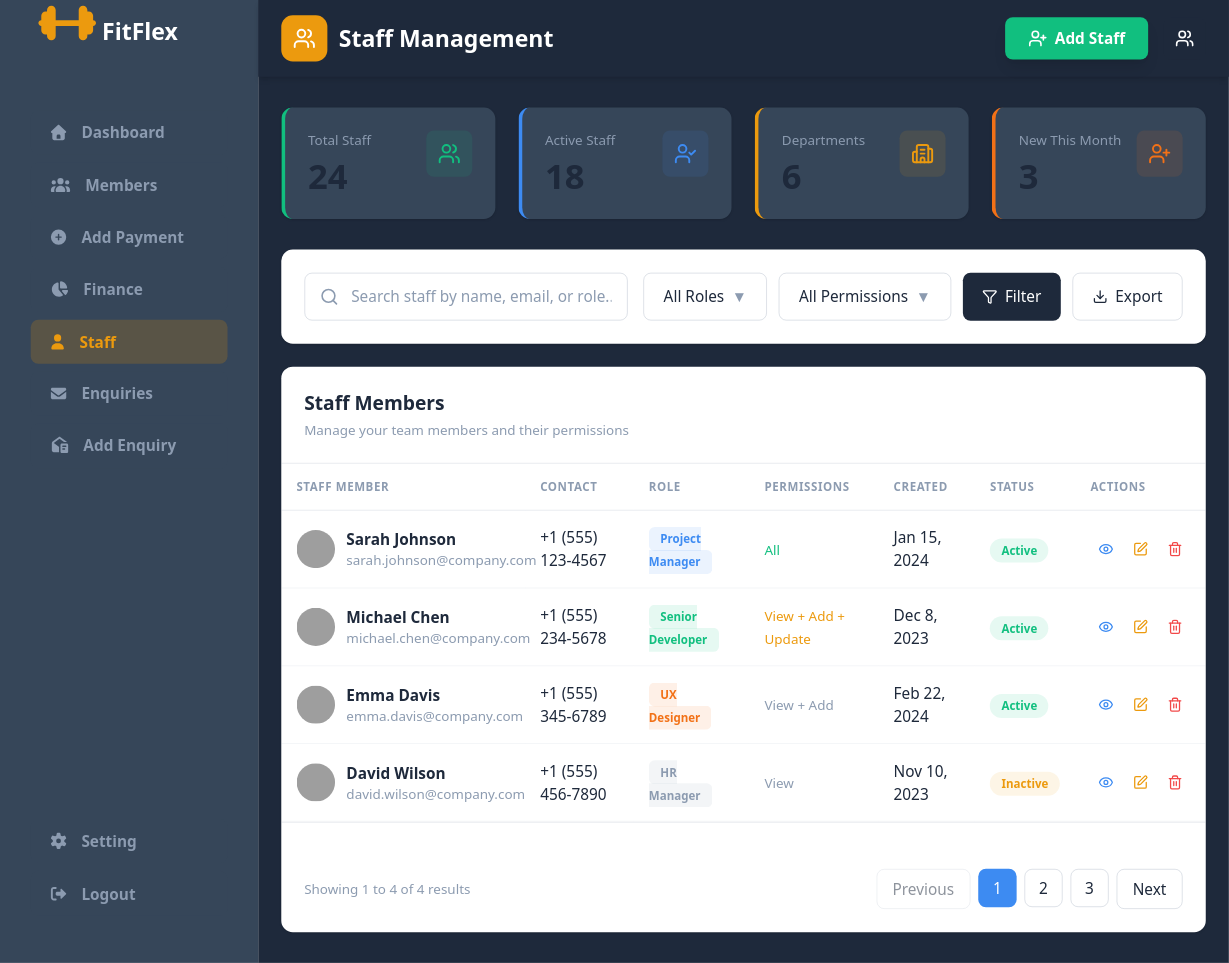
Repository: MuhammadTalhaTaj/gym_management_app_backend
Page: /staff (app in frontend/)
The author's editor kept a copy of each file at every save. The page is drawn from the files as they stood at one save, then again after the next save.
The browser window is 1280 px wide. The pictures show the whole page, at 96% of full size.
Pictures or frames that could not be fetched are drawn as grey boxes. The project was rebuilt for these pictures with package versions that can differ from the ones it lists, and the page was loaded fresh each time. Also part of the build but not shown: frontend/vite.config.ts, frontend/src/assets/styles/AdminHeader.css, frontend/src/Components/AdminHeader.tsx, frontend/src/assets/styles/AdminDashboard.css, frontend/src/hooks/useDashboardData.ts, frontend/src/assets/styles/AdminDashboardStats.css, frontend/src/Components/AdminDashboardStats.tsx, frontend/src/Components/IncomeExpenseChart.tsx and 30 more.

Above is the page before, as saved 2025-11-21 09:57:38.

After the next save:
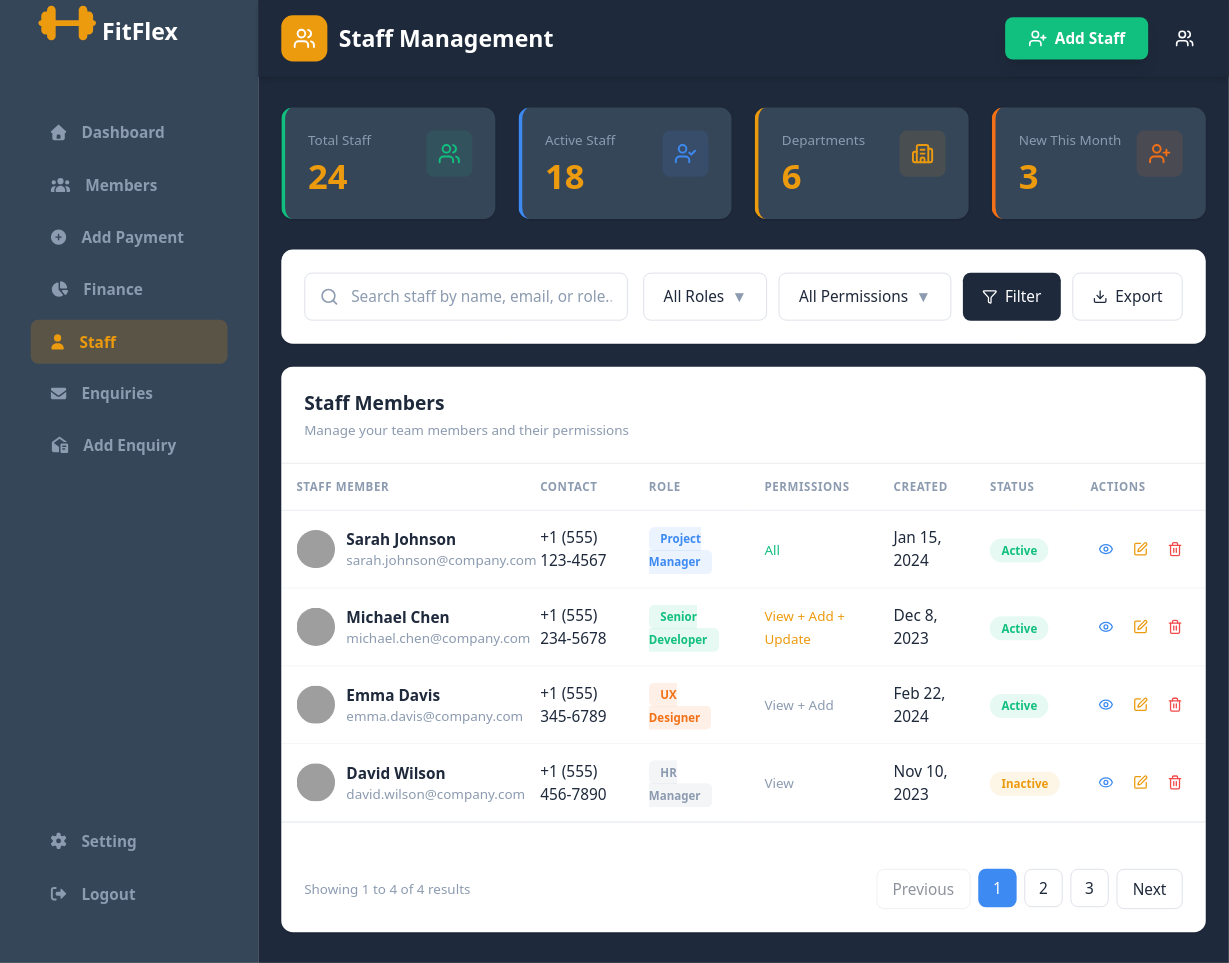
Saved 16 s later.
--- a/frontend/src/pages/Admin/Staff.tsx
+++ b/frontend/src/pages/Admin/Staff.tsx
@@ -64,7 +64,7 @@ const StatCard = ({ stat }) => {
       <div className="flex items-start justify-between">
         <div>
           <p className="text-[#8C9BB0] text-sm font-medium mb-2">{stat.label}</p>
-          <h3 className="text-[#1E293B] text-4xl font-bold">{stat.value}</h3>
+          <h3 className="text-[var(--secondary-100)] text-4xl font-bold">{stat.value}</h3>
         </div>
         <div className={`${stat.color} ${stat.iconColor} p-3 rounded-lg`}>
           <Icon className="w-6 h-6" />
